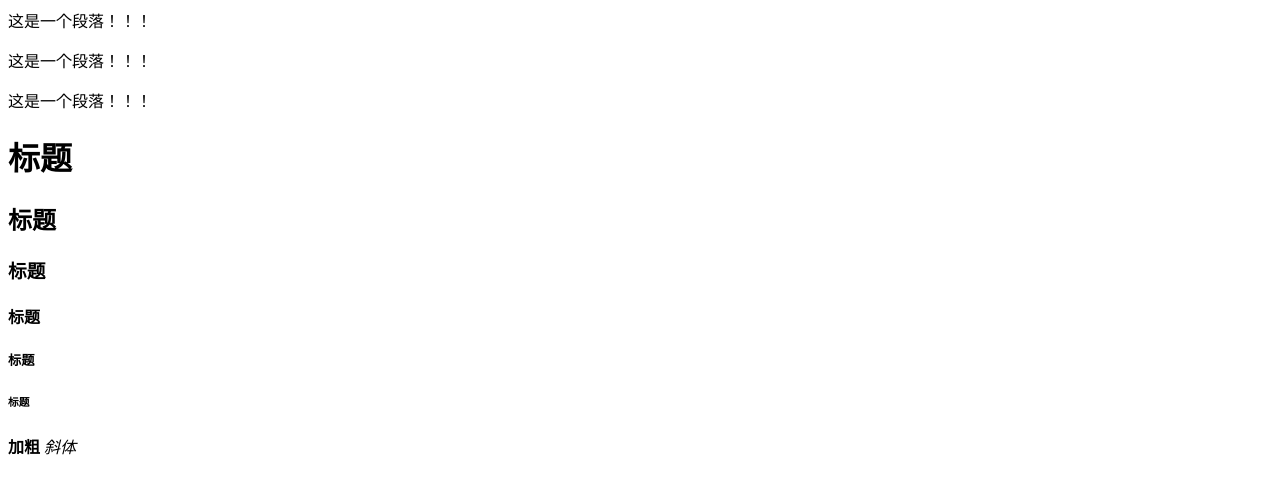
Repository: 1325718308/-
Page: js-demo/demo8.html
An editor plug-in stored every save of this project. The page is shown before and after the next save, followed by the edit.
The browser window is 1280 px wide. The pictures show the whole page.

Above is the page before, as saved 2019-05-10 10:02:24.

After the next save:
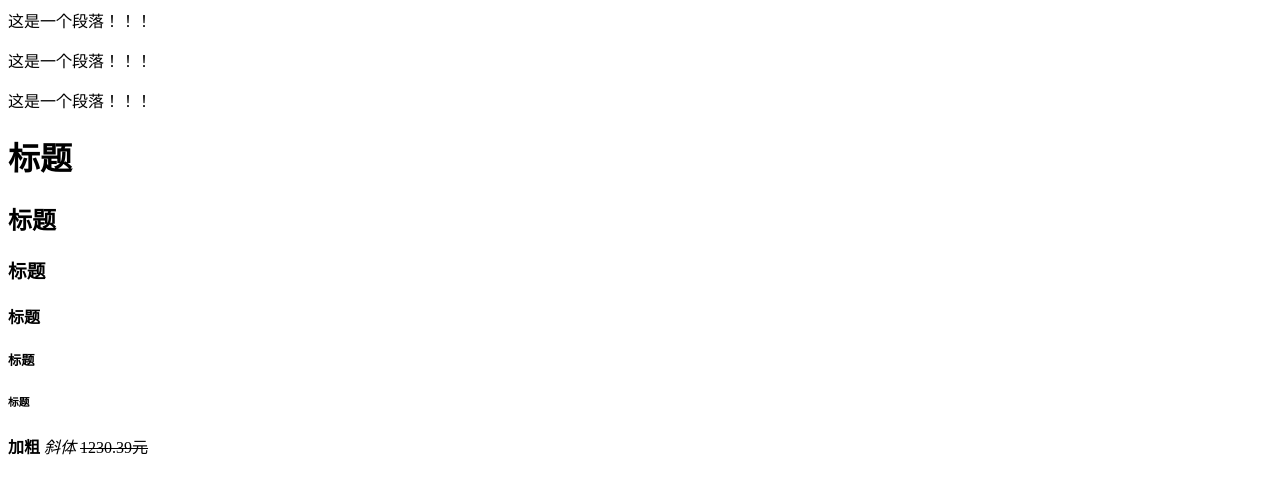
Saved 60 s later.
--- a/js-demo/demo8.html
+++ b/js-demo/demo8.html
@@ -18,5 +18,7 @@
         <strong>加粗</strong>
 
         <em>斜体</em>
+
+        <del>1230.39元</del>
     </body>
 </html>
